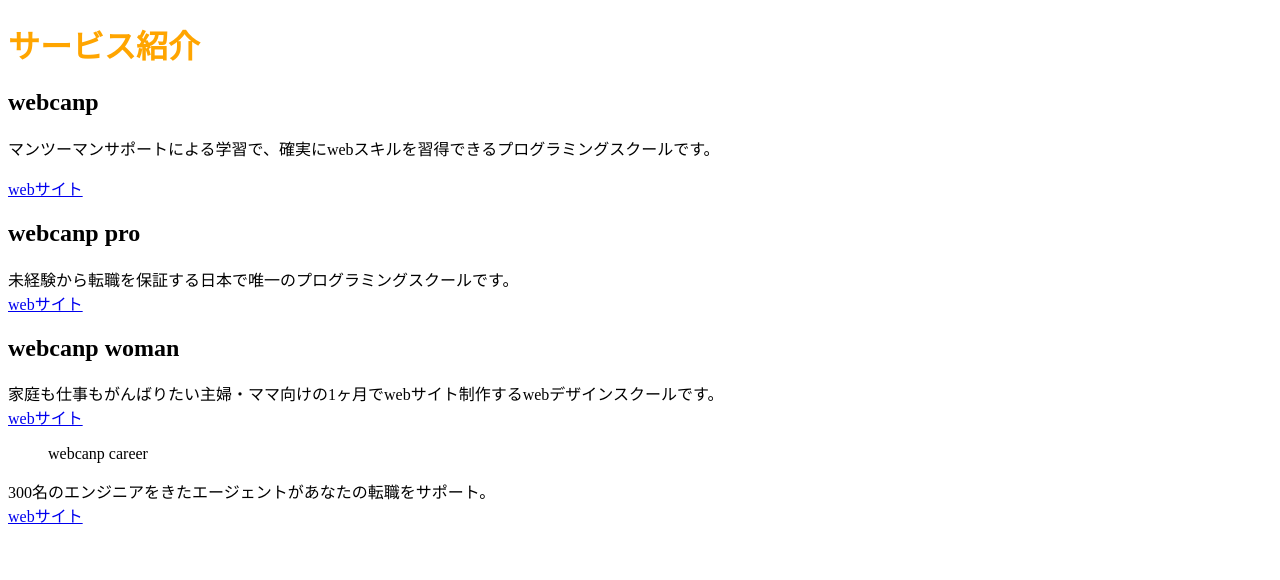
Repository: itoudaiki/git-practice
Page: sample/sample.html
The author's editor kept a record of every edit. The page is drawn from the files as they stood at one moment, then again after the next edit.
The browser window is 1280 px wide. The pictures show the whole page.

Above is the page before.

### sample/sample.html
<!DOCTYPE HTML>
<html lang="ja">
  <head>
    <meta charset="UTF-8" />
    <title>初めてのHTML</title>
    <link rel="stylesheet" href="style.css" />
  </head>
  <h1>サービス紹介</h1>
  <body>
  <h2>webcanp</h2>
  <p>マンツーマンサポートによる学習で、確実にwebスキルを習得できるプログラミングスクールです。</p>
  <a href="https://web-camp.io/">webサイト</a>
   <h2>webcanp pro</h2>
  <a>未経験から転職を保証する日本で唯一のプログラミングスクールです。</a>
  <br>
  <a href="https://web-camp.io/">webサイト</a>
  <h2>webcanp woman</h2>
  <a>家庭も仕事もがんばりたい主婦・ママ向けの1ヶ月でwebサイト制作するwebデザインスクールです。</a>
  <br>
  <a href="https://web-camp.io/">webサイト</a>
  <ul>webcanp career</ul>
  <a>300名のエンジニアをきたエージェントがあなたの転職をサポート。</a>
  <br>
  <a href="https://web-camp.io/">webサイト</a>
  </body>
</html>

### sample/style.css
h1 {
    color:orange;
}

After the next edit:
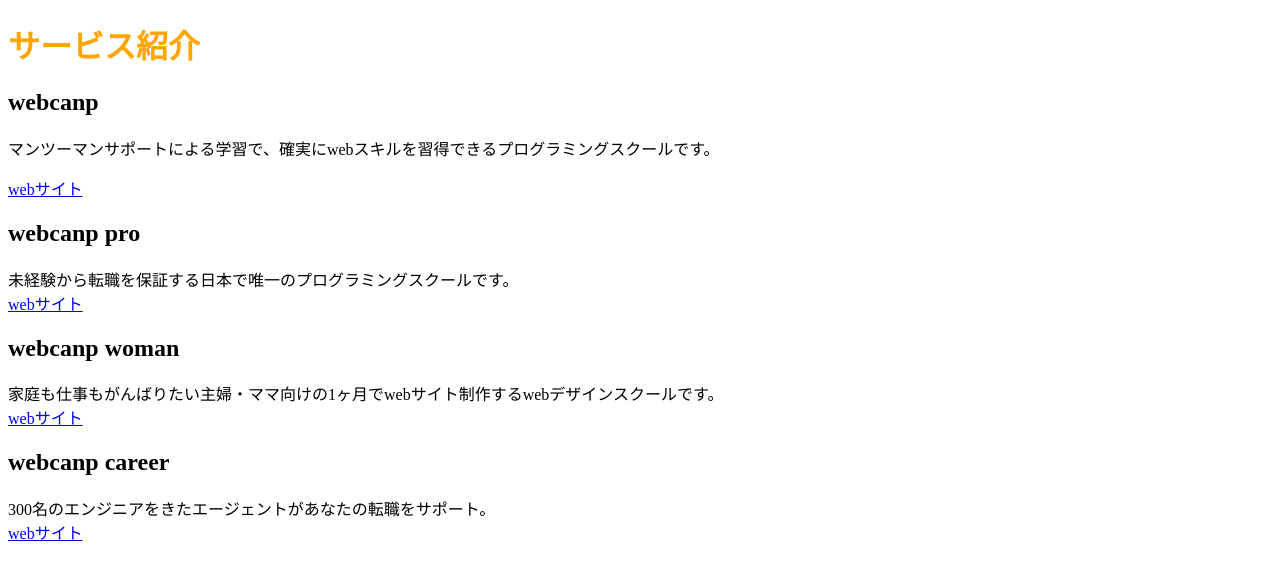
The edit:
--- a/sample/sample.html
+++ b/sample/sample.html
@@ -18,7 +18,7 @@
   <a>家庭も仕事もがんばりたい主婦・ママ向けの1ヶ月でwebサイト制作するwebデザインスクールです。</a>
   <br>
   <a href="https://web-camp.io/">webサイト</a>
-  <ul>webcanp career</ul>
+  <h2>webcanp career</h2>
   <a>300名のエンジニアをきたエージェントがあなたの転職をサポート。</a>
   <br>
   <a href="https://web-camp.io/">webサイト</a>
